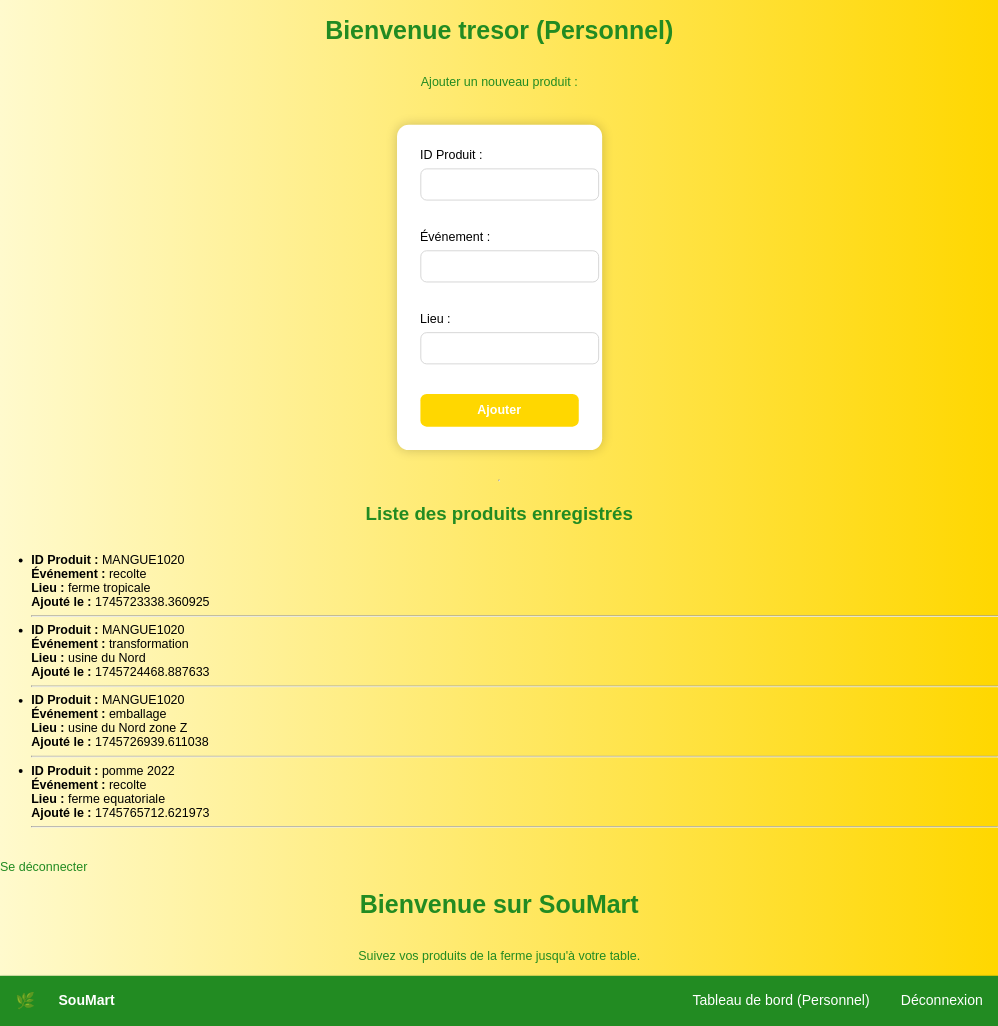
Repository: SouhailMar10/FOOD-MART
Page: http://localhost/dashboard_personnel
An editor plug-in stored every save of this project. The page is shown before and after the next save, followed by the edit.
The browser window is 1280 px wide. The pictures show the whole page, at 78% of full size.
The page is served by the project's application, run on Flask 3 (app.py). The user the application loads for id 1 is signed in. The page reads the database file committed with the project.

Above is the page before, as saved 2025-04-27 11:02:54.

After the next save:
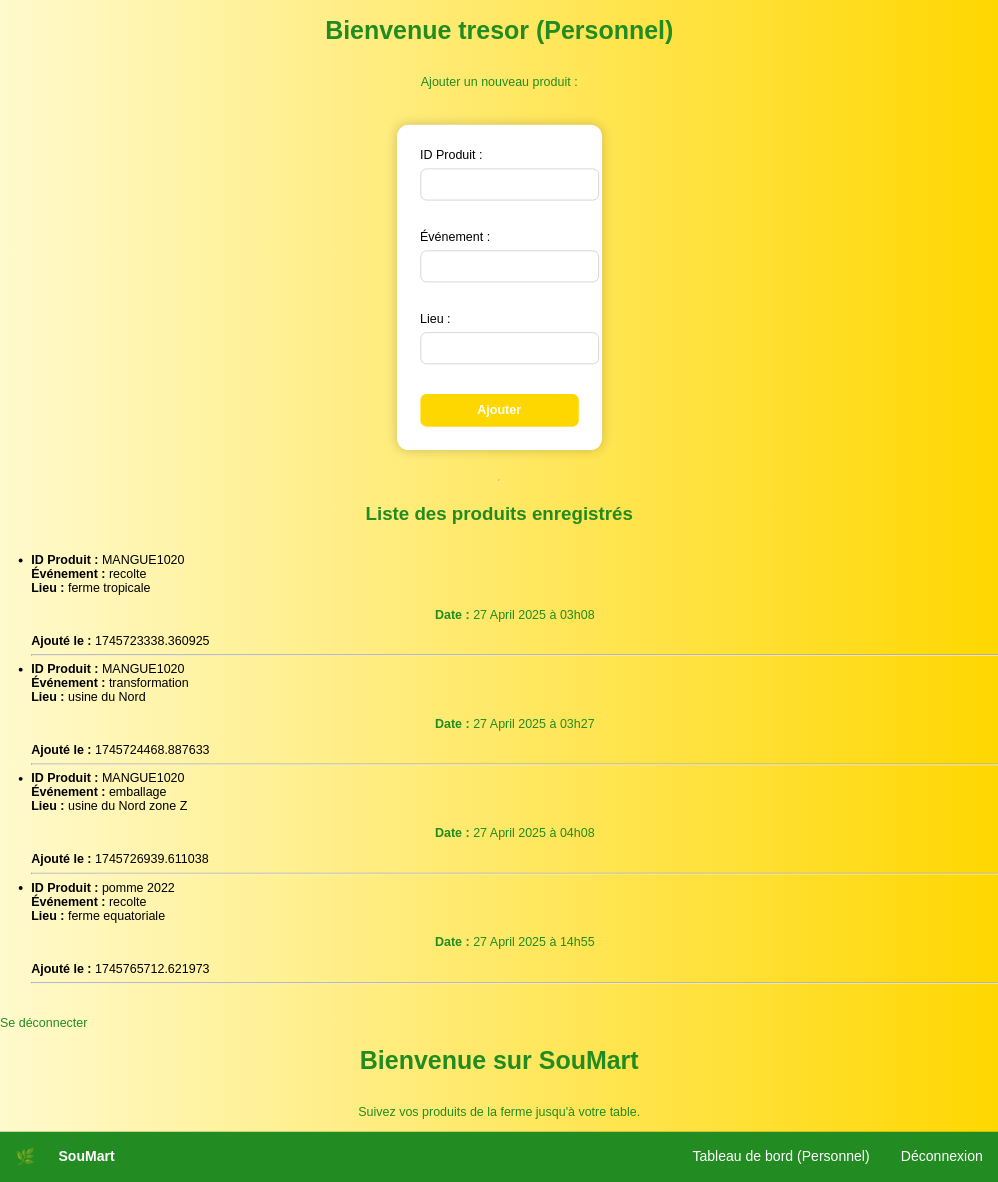
Saved 7 s later.
--- a/templates/dashboard_personnel.html
+++ b/templates/dashboard_personnel.html
@@ -40,7 +40,7 @@
                     <strong>ID Produit :</strong> {{ block.product_id }}<br>
                     <strong>Événement :</strong> {{ block.event }}<br>
                     <strong>Lieu :</strong> {{ block.location }}<br>
-
+                    <p><strong>Date :</strong> {{ block.get_formatted_date() }}</p>
                     <strong>Ajouté le :</strong> {{ block.timestamp }}
                 </li>
                 <hr>
